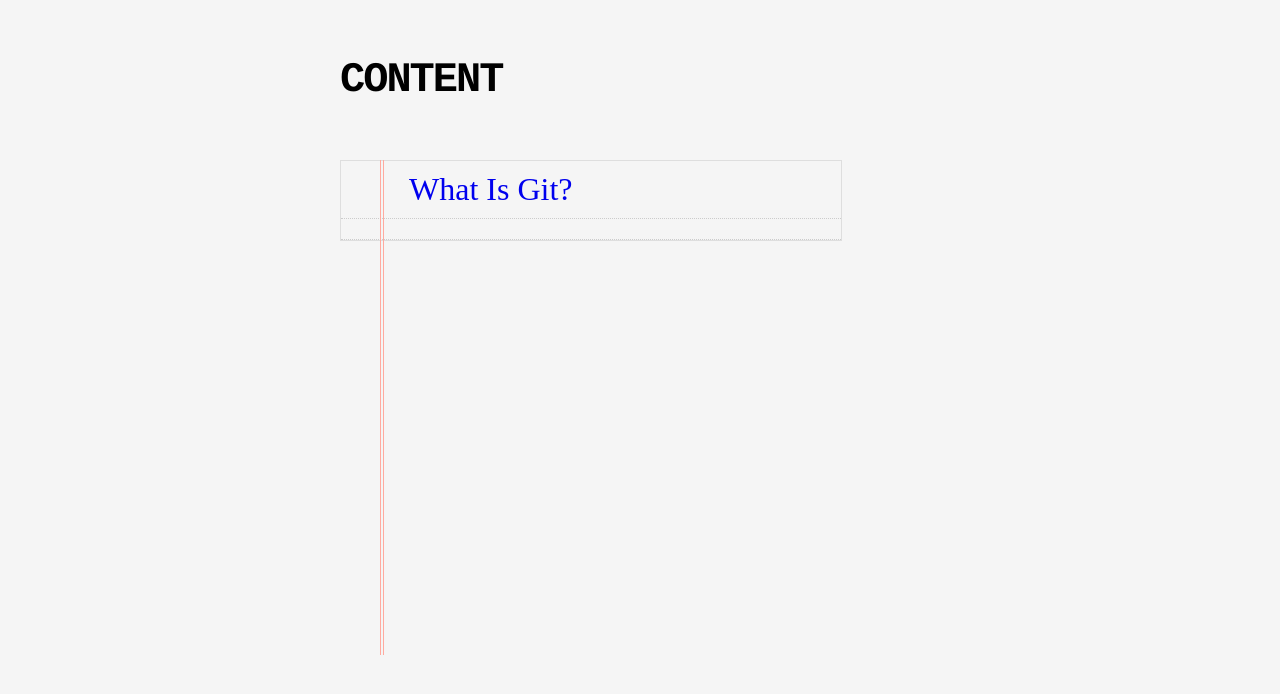
Repository: dev-singh-kanyal/Archive-git_github
Page: index.html
An editor plug-in stored every save of this project. The page is shown before and after the next save, followed by the edit.
The browser window is 1280 px wide. The pictures show the whole page.
Some web fonts or font styles are not loaded; a fallback is used.

Above is the page before, as saved 2022-06-24 15:38:46.

### index.html
<!DOCTYPE HTML>
<html>

<head>
   <meta charset="UTF-8">
   <title>Dev's Notebook</title>
   <link rel="stylesheet" href="style.css">
   <link href="https://fonts.googleapis.com/css2?family=Reenie+Beanie&display=swap" rel="stylesheet">
</head>

<body>

    <h4>CONTENT</h4>

    <div class="lines"></div>

    <ul class="list">
      <li><a href="/src/what is git.html">What is Git?</a></li>
      <li></li>
    </ul>

</body>
</html>

### style.css
body {
    background-color: #f5f5f5;
    width: 600px;
    margin: 0 auto;
    padding: 0;
  }
  h4 {
    color: #000000;
    font-size: 42px;
    letter-spacing: -2px;
    font-family: courier, monospace;
    text-align: left;
  }
  .list {
    color: #555;
    font-size: 22px;
    padding: 0 !important;
    width: 500px;
    font-family: 'Reenie Beanie';
    font-size: 2rem;
    /* font-family: courier, monospace; */
    border: 1px solid #dedede;
  }
  .list li {
    list-style: none;
    border-bottom: 1px dotted #ccc;
    text-indent: 25px;
    height: auto;
    padding: 10px;
    text-transform: capitalize;
  }
  .list li:hover {
    background-color: #f0f0f0;
    -webkit-transition: all 0.2s;
    -moz-transition:    all 0.2s;
    -ms-transition:     all 0.2s;
    -o-transition:      all 0.2s;
  }
  .lines {
    border-left: 1px solid #ffaa9f;
    border-right: 1px solid #ffaa9f;
    width: 2px;
    float: left;
    height: 495px;
    margin-left: 40px;
  }
  a {
    text-decoration: none;
  }

After the next save:
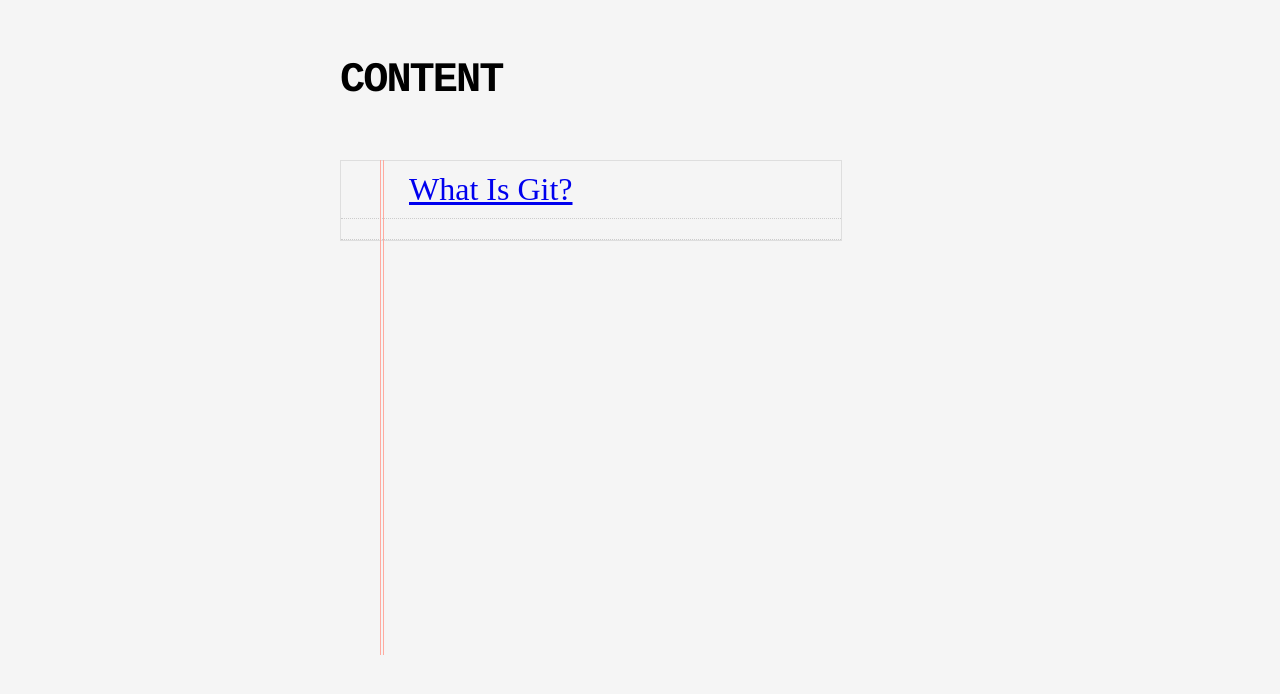
Saved 47 s later.
--- a/style.css
+++ b/style.css
@@ -44,6 +44,3 @@
     height: 495px;
     margin-left: 40px;
   }
-  a {
-    text-decoration: none;
-  }

After the save that followed:
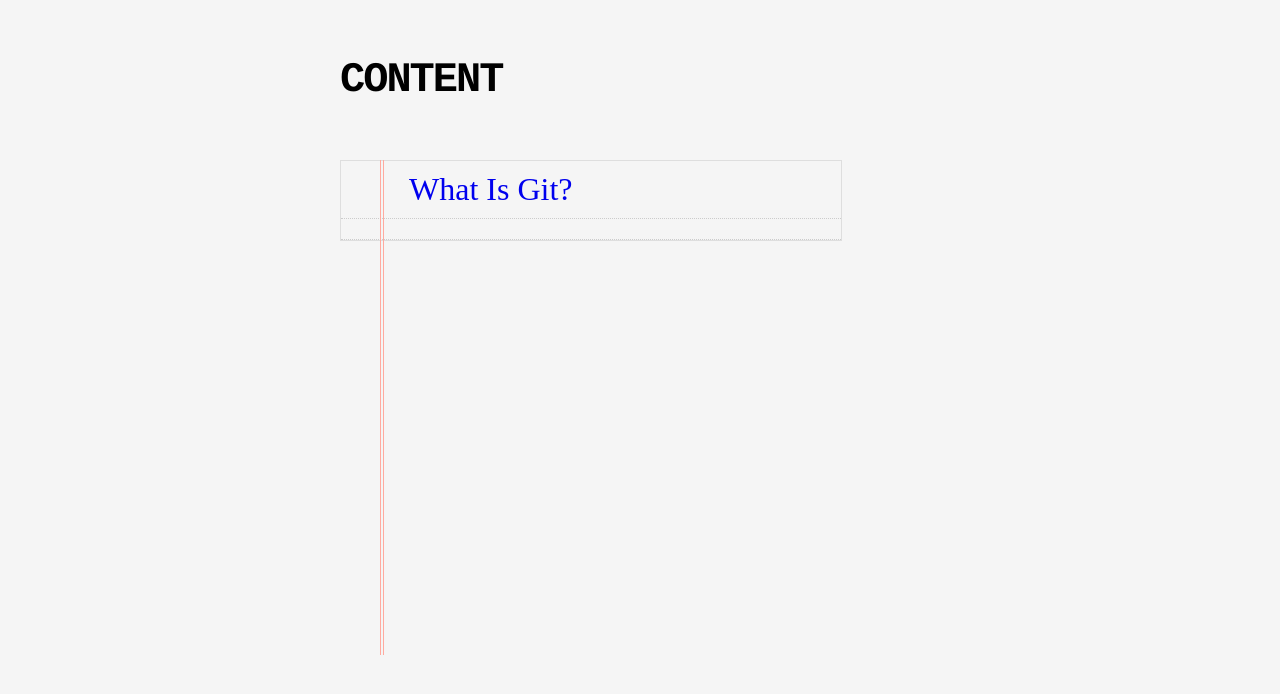
Saved 5 s later.
--- a/style.css
+++ b/style.css
@@ -10,6 +10,9 @@
     letter-spacing: -2px;
     font-family: courier, monospace;
     text-align: left;
+  }
+  a {
+    text-decoration: none;
   }
   .list {
     color: #555;
